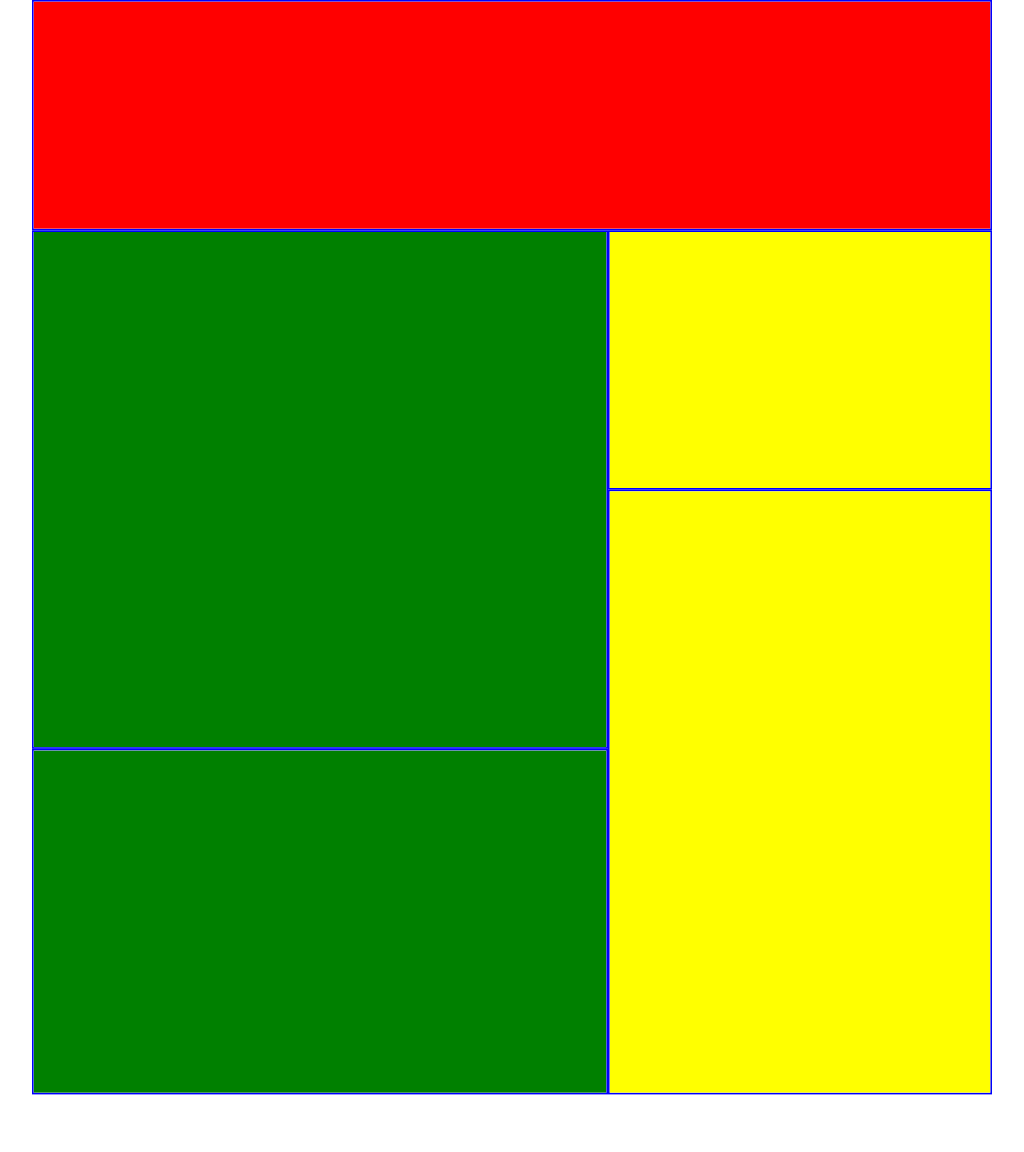
Repository: Tan-Khang21/TH_TKW--Buoi_03
Page: BT_tren_lop/Bai_3/Frame7/frame7.html
The author's editor kept a copy of each file at every save. The page is drawn from the files as they stood at one save, then again after the next save.
The browser window is 1280 px wide. The pictures show the whole page, at 80% of full size.

Above is the page before, as saved 2024-03-04 19:28:33.

After the next save:
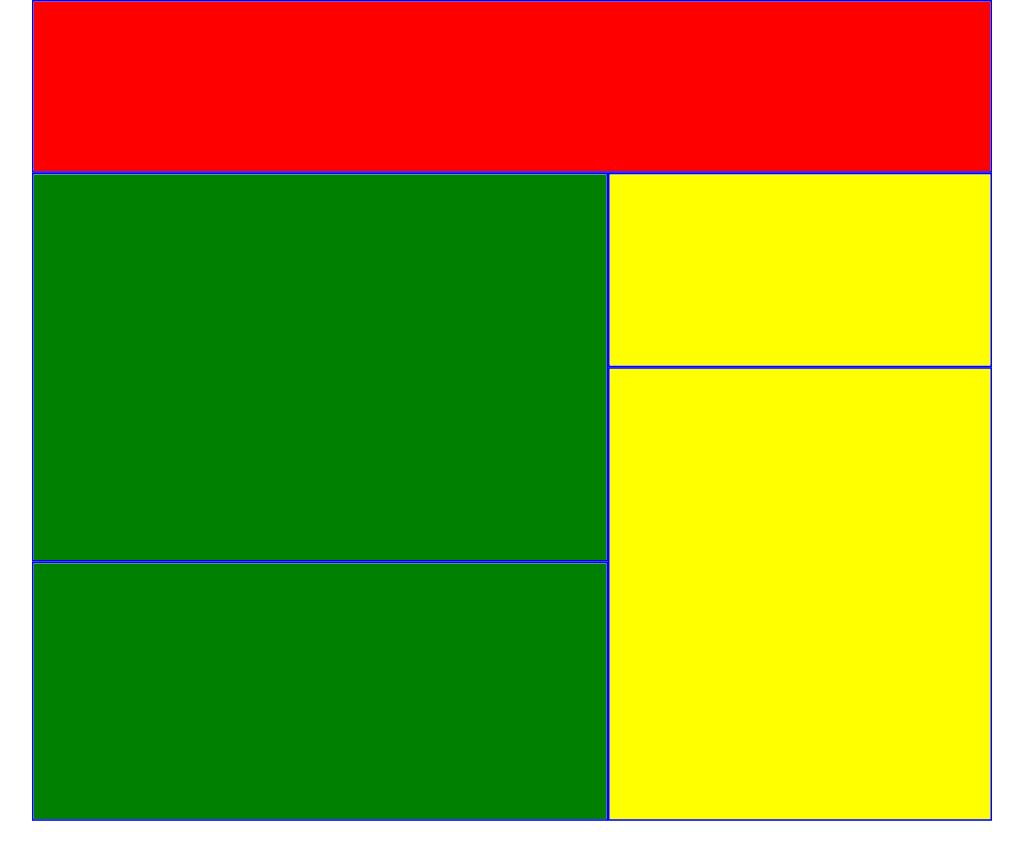
Saved 10 s later.
--- a/BT_tren_lop/Bai_3/Frame7/frame7.html
+++ b/BT_tren_lop/Bai_3/Frame7/frame7.html
@@ -5,7 +5,7 @@
     <meta name="viewport" content="width=device-width, initial-scale=1.0" />
     <title>Document</title>
   </head>
-  <body style="height: 200vh; margin: 0; padding: 0">
+  <body style="height: 150vh; margin: 0; padding: 0">
     <div style="width: 1200px;height: 100%; min-height: 100%; margin: 0 auto">
       <iframe
         src="Row1.html"
